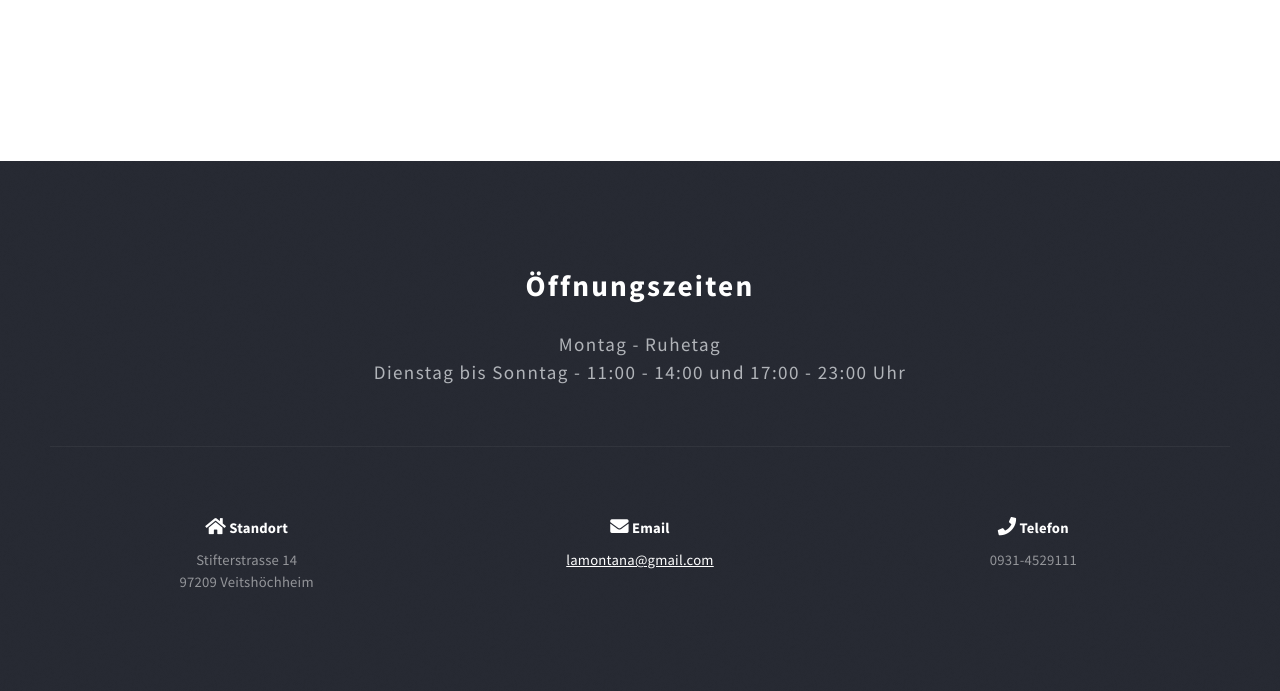
Repository: restaurantlamontana/restaurantlamontana.github.io
Page: blog.html
The author's editor kept a copy of each file at every save. The page is drawn from the files as they stood at one save, then again after the next save.
The browser window is 1280 px wide. The pictures show the part of the page from y = 352 to 1043 px (the page is 1043 px tall).

Above is the page before, as saved 2024-07-14 18:10:22.

After the next save:
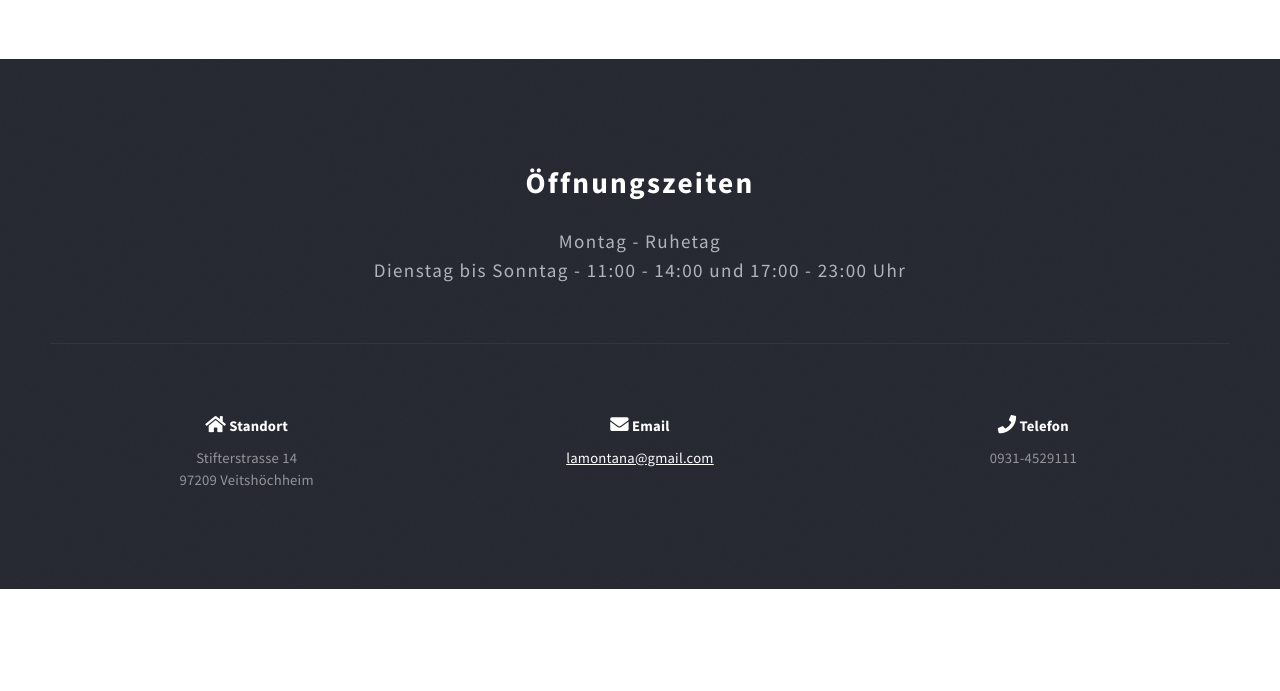
Saved 47 s later.
--- a/blog.html
+++ b/blog.html
@@ -34,7 +34,7 @@
 
 			<!-- Main -->
 				<section id="main" class="wrapper style2">
-
+					<article
 				</section>
 
 		<!-- Footer -->

After the 2 saves that followed:
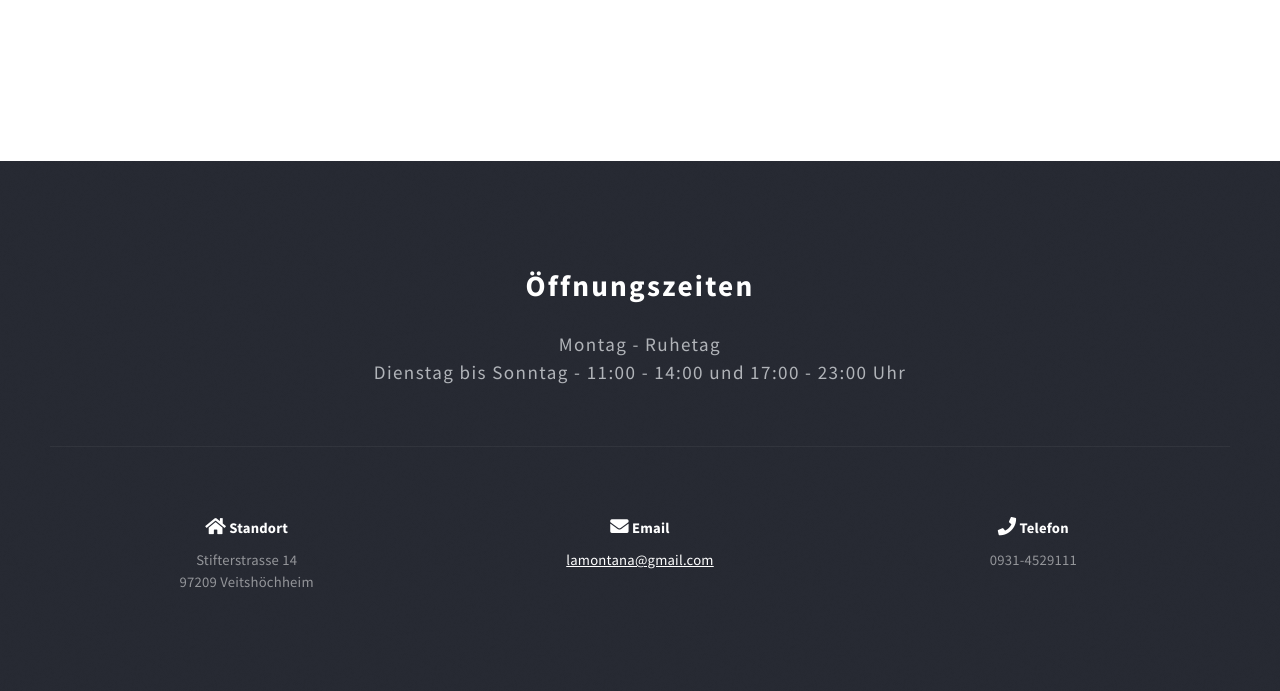
The 2 saves are shown as one change because they came seconds apart.
The last was saved 7 s later.
--- a/blog.html
+++ b/blog.html
@@ -34,7 +34,9 @@
 
 			<!-- Main -->
 				<section id="main" class="wrapper style2">
-					<article
+					<article>
+						<title>Urlaub </title>
+					</article>
 				</section>
 
 		<!-- Footer -->
